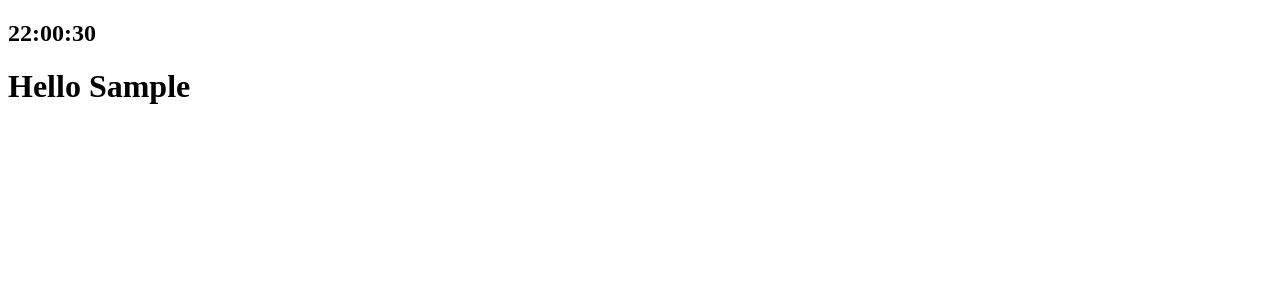
Repository: yoonanimous/ChromeApp
Page: index.html
The author's editor kept a copy of each file at every save. The page is drawn from the files as they stood at one save, then again after the next save.
The browser window is 1280 px wide. The pictures show the whole page.
Empty fields were first filled with sample values (such as "Sample", 5 or name@example.com).
After loading, the first visible `#login-form` was submitted once.

Above is the page before, as saved 2022-12-04 09:14:54.

After the next save:
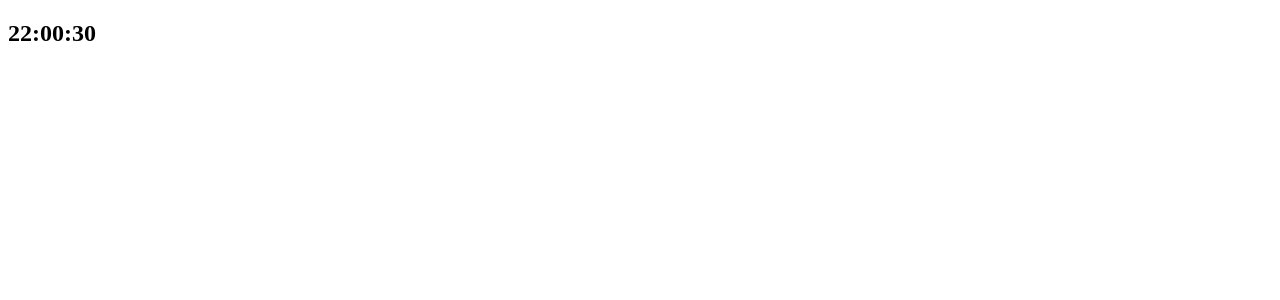
Console error: ReferenceError: username is not defined
Saved 36 s later.
--- a/index.js
+++ b/index.js
@@ -20,13 +20,11 @@
 function onLoginSubmit(event) {
 	event.preventDefault();
 	loginForm.classList.add(HIDDEN_CLASSNAME);
-	const username = loginInput.value;
 	localStorage.setItem(USERNAME_KEY, username);
-	paintGreetings();
+	paintGreetings(username);
 }
 
 function paintGreetings() {
-	const username = localStorage.getItem(USERNAME_KEY);
 	greeting.innerText = `Hello ${username}`;
 	greeting.classList.remove(HIDDEN_CLASSNAME);
 }
@@ -37,5 +35,5 @@
 	loginForm.classList.remove(HIDDEN_CLASSNAME);
 	loginForm.addEventListener("submit", onLoginSubmit);
 } else {
-	paintGreetings();
+	paintGreetings(savedUsername);
 }

After the save that followed:
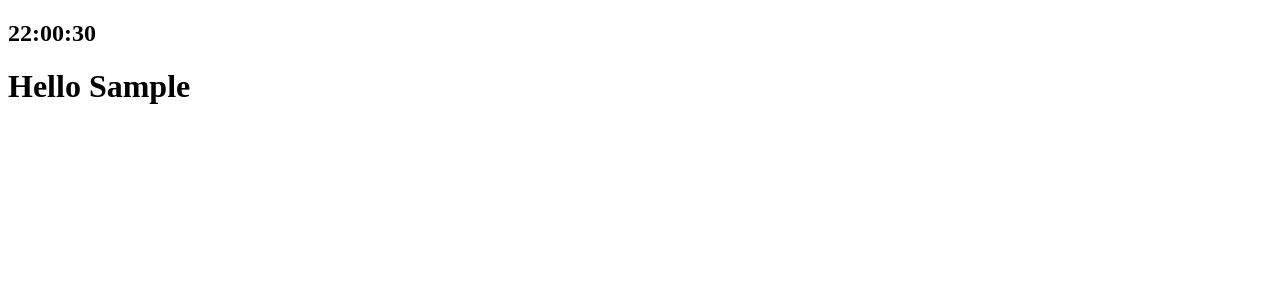
The error is gone.
Saved 12 s later.
--- a/index.js
+++ b/index.js
@@ -20,11 +20,12 @@
 function onLoginSubmit(event) {
 	event.preventDefault();
 	loginForm.classList.add(HIDDEN_CLASSNAME);
+	const username = loginInput.value;
 	localStorage.setItem(USERNAME_KEY, username);
 	paintGreetings(username);
 }
 
-function paintGreetings() {
+function paintGreetings(username) {
 	greeting.innerText = `Hello ${username}`;
 	greeting.classList.remove(HIDDEN_CLASSNAME);
 }
